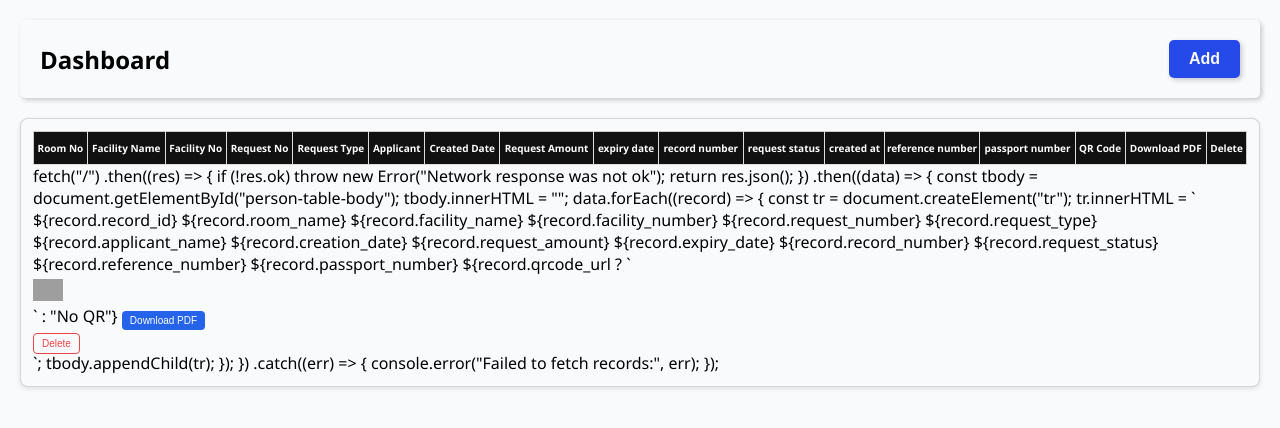
Repository: irfan-shah-sherani/Travel-Tour
Page: public/index.html
The author's editor kept a copy of each file at every save. The page is drawn from the files as they stood at one save, then again after a run of saves.
The browser window is 1280 px wide. The pictures show the whole page.
Pictures or frames that could not be fetched are drawn as grey boxes.

Above is the page before, as saved 2025-07-11 12:21:14.

After the next 2 saves:
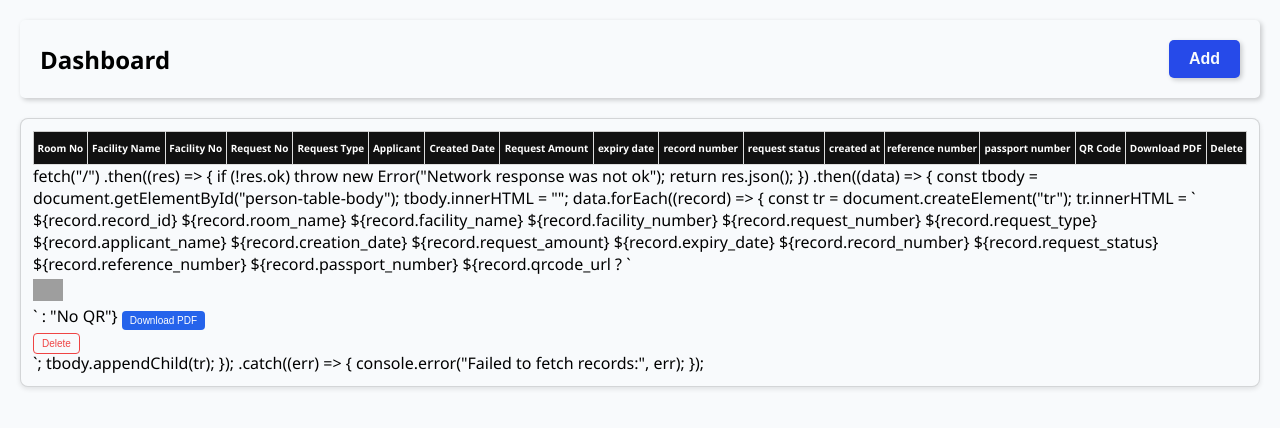
The 2 saves are shown as one change because they came seconds apart.
The last was saved 4 min 44 s later.
--- a/public/index.html
+++ b/public/index.html
@@ -99,7 +99,6 @@
 
         tbody.appendChild(tr);
         });
-        })
         .catch((err) => {
         console.error("Failed to fetch records:", err);
         });
